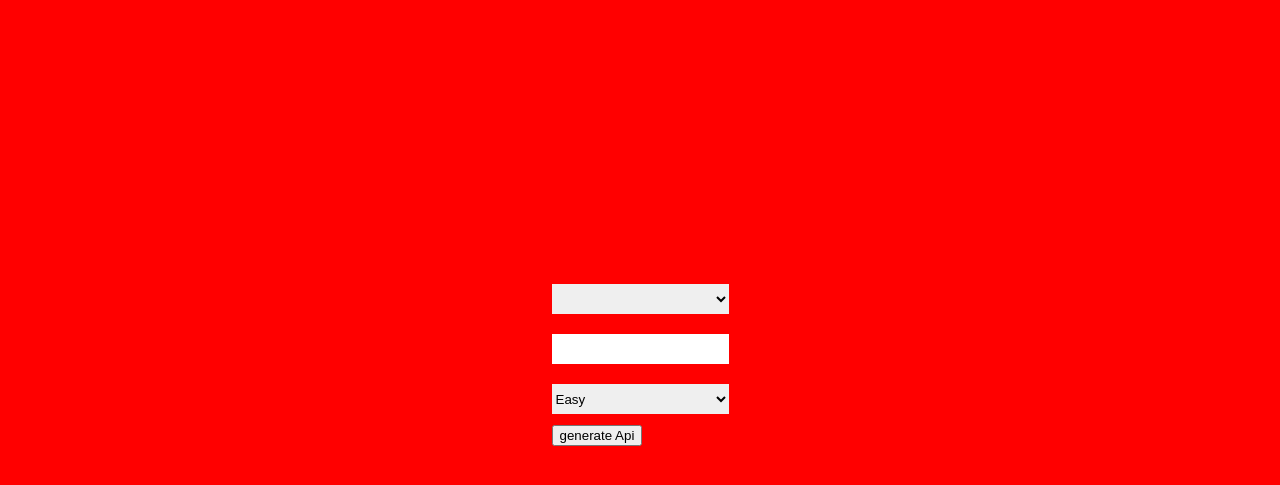
Repository: ranausama48/quiz-App
Page: /
The author's editor kept a copy of each file at every save. The page is drawn from the files as they stood at one save, then again after the next save.
The browser window is 1280 px wide. The pictures show the whole page.
The page's requests for data from a server got no answer. The project was rebuilt for these pictures with package versions that can differ from the ones it lists, and the page was loaded fresh each time. No one was signed in, and anything a server would have sent is missing. Also part of the build but not shown: src/components/QuestionCard.tsx, src/components/ScorePage.tsx, src/components/QuizDash.tsx.

Above is the page before, as saved 2020-07-26 14:28:21.

### src/App.tsx
import React from "react";
import { getApiData, getCatories } from "./api/api";
import { SingleQuestion } from "./Types/quiz_types";
import Main from "./components/QuizDash";
import styled from "styled-components";
const Container = styled.div`
  background: red;
  height: 100vh;
  display: flex;
  justify-content: center;
  align-items: center;
  flex-direction: column;
  .inner--wraper {
    max-width: 200px;
    select,
    input {
      width: 100% !important;
      border: 0px;
      padding: 0px;
      height: 30px;
      margin: 10px 0px;
    }
  }
`;

function App() {
  const [quiz, setQuiz] = React.useState<SingleQuestion[]>([]);
  let [catagories, setCatagories] = React.useState<object[]>();
  let [apiParams, setapiParams] = React.useState<{
    questionLength: string;
    level: string;
    catagory: string;
  }>({
    questionLength: "1",
    level: "easy",
    catagory: "9",
  });
  const generateApi = () => {
    const { questionLength, level, catagory } = apiParams;
    console.log("questionLength", questionLength);
    console.log("level", level);
    console.log("catagory", catagory);

    async function fetchData() {
      const questions: SingleQuestion[] = await getApiData(
        catagory,
        questionLength,
        level
      );
      console.log(questions);
      setQuiz(questions);
    }
    fetchData();
  };
  React.useEffect(() => {
    async function fetchCatory() {
      const catories: SingleQuestion[] = await getCatories();

      setCatagories(catories);
    }
    fetchCatory();
  }, []);
  const changeHandler = (e: any) => {
    const value = e.target.value;
    const name = e.target.name;
    setapiParams((prev) => {
      return {
        ...prev,
        [name]: value,
      };
    });
  };
  return (
    <Container className="app">
      {quiz[0] ? (
        <Main question={quiz} />
      ) : (
        <div className="inner--wraper">
          <select onChange={changeHandler} name="catagory">
            {catagories
              ? catagories.map((data: any, index: number) => (
                  <option value={data.id}>
                    {console.log(data)}
                    {data.name}
                  </option>
                ))
              : []}
          </select>
          <div>
            <input
              type="number"
              name="questionLength"
              id=""
              onChange={changeHandler}
            />
          </div>
          <select onChange={changeHandler} name="level">
            <option value="easy">Easy</option>
            <option value="medium">Medium</option>
            <option value="hard">Hard</option>
          </select>
          <button onClick={generateApi}> generate Api</button>
        </div>
      )}
    </Container>
  );
}

export default App;

### src/api/api.ts
import { OverallQuiz, SingleQuestion } from "../Types/quiz_types";
export const shuffleArray = (array: any[]) => {
  [...array].sort(() => Math.random() - 0.5);
};

export const getApiData = async (
  catagory: string,
  questionLength: string,
  level: string
): Promise<SingleQuestion[]> => {
  console.log("questionLength", questionLength);
  console.log("catagory", catagory);

  console.log("level", level);

  const res = await fetch(
    `https://opentdb.com/api.php?amount=${questionLength}&category=${catagory}&difficulty=${level}`
  );
  console.log(res);
  let { results } = await res.json();
  console.log(results);
  const quiz: SingleQuestion[] = results.map((questionObj: OverallQuiz) => {
    return {
      question: questionObj.question,
      answer: questionObj.correct_answer,
      option: questionObj.incorrect_answers.concat(questionObj.correct_answer),
    };
  });
  return quiz;
};

export const getCatories = async () => {
  const res = await fetch(`https://opentdb.com/api_category.php`);
  const { trivia_categories } = await res.json();
  return trivia_categories;
};

Loaded but not shown: public/index.html (common file); src/index.tsx (common file); src/index.css (common file); src/serviceWorker.ts (common file)

After the next save:
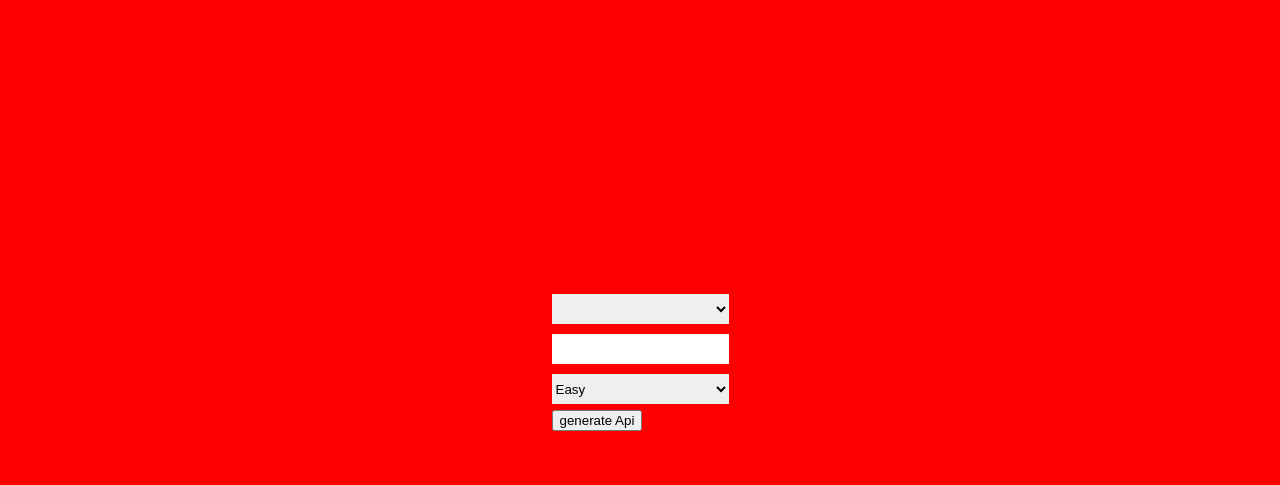
Saved 8 s later.
--- a/src/App.tsx
+++ b/src/App.tsx
@@ -18,7 +18,7 @@ const Container = styled.div`
       border: 0px;
       padding: 0px;
       height: 30px;
-      margin: 10px 0px;
+      margin: 5px 0px;
     }
   }
 `;
